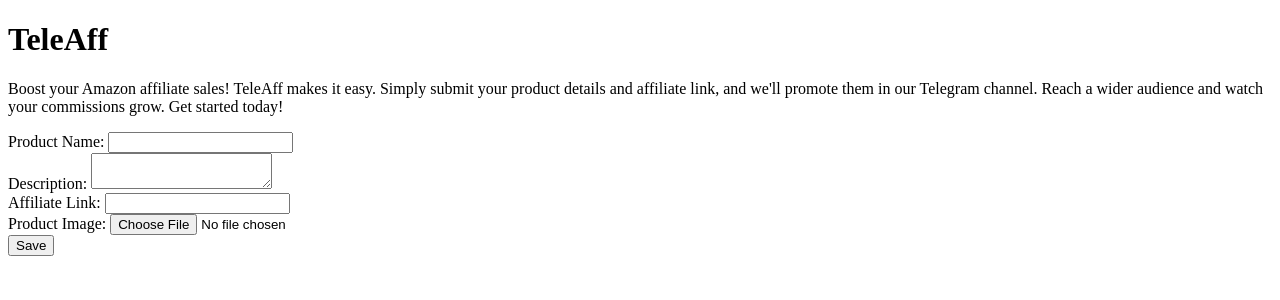
Repository: Natnael12119/TeleAff
Page: views/productForm.html
An editor plug-in stored every save of this project. The page is shown before and after the next save, followed by the edit.
The browser window is 1280 px wide. The pictures show the whole page.

Above is the page before, as saved 2024-04-18 15:17:05.

### views/productForm.html
<!DOCTYPE html>
<html lang="en">
<head>
    <meta charset="UTF-8">
    <title>Amazon Affiliate App</title>
<body>
        <h1>TeleAff</h1>
        <p>Boost your Amazon affiliate sales!  TeleAff makes it easy. Simply submit your product details and affiliate link, and we'll promote them in our Telegram channel. Reach a wider audience and watch your commissions grow. Get started today!
        </p>
        <form id="productForm" enctype="multipart/form-data" onsubmit="submitProduct(event)">
            <div class="form-group">
                <label for="productName">Product Name:</label>
                <input type="text" id="productName" name="productName" class="form-control">
            </div>

            <div class="form-group">
                <label for="description">Description:</label>
                <textarea id="description" name="description" class="form-control"></textarea>
            </div>

            <div class="form-group">
                <label for="affiliateLink">Affiliate Link:</label>
                <input type="text" id="affiliateLink" name="affiliateLink" class="form-control">
            </div>

            <div class="form-group">
                <label for="productImage">Product Image:</label>
                <input type="file" id="productImage" name="productImage" class="form-control">
            </div>

            <button type="submit" class="btn">Save</button>
        </form>

        <!-- Success and Error Messages -->
        <div id="successMessage" style="display: none; color: green;">
            Data is successfully saved!
        </div>

        <div id="errorMessage" style="display: none; color: red;">
            Error saving data. Please try again.
        </div>

        <script src="/app.js"></script>
</body>
</html>

### app.js
const saveProduct = async () => {
    const productName = document.getElementById('productName').value;
    const affiliateLink = document.getElementById('affiliateLink').value;
    const productImage = document.getElementById('productImage').files[0]; // Access file object

    const formData = new FormData(); // Create FormData for image upload
    formData.append('productName', productName);
    formData.append('affiliateLink', affiliateLink);
    formData.append('productImage', productImage); // Append image file

    try {
      const response = await fetch('/products', {
        method: 'POST',
        body: formData // Send form data
      });
      const data = await response.json();
      console.log(data); // Handle success response
    } catch (error) {
      console.error(error);
      // Handle errors (e.g., display error message to user)
    }
  };

After the next save:
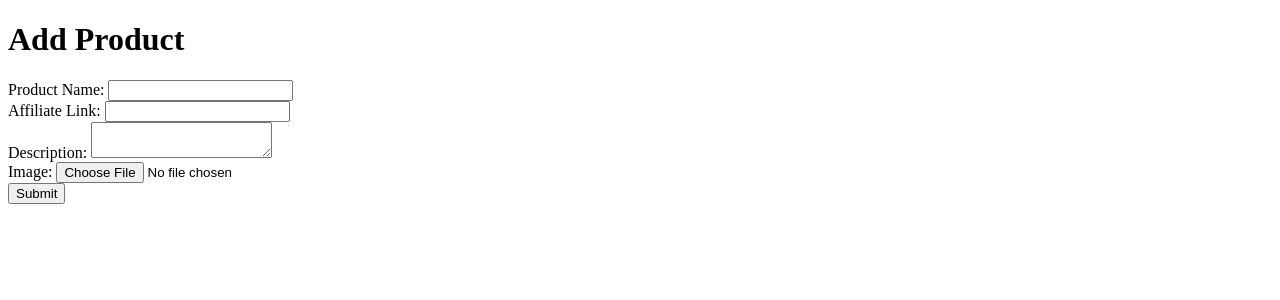
Saved 29 s later.
--- a/views/productForm.html
+++ b/views/productForm.html
@@ -1,45 +1,31 @@
 <!DOCTYPE html>
 <html lang="en">
-<head>
-    <meta charset="UTF-8">
-    <title>Amazon Affiliate App</title>
-<body>
-        <h1>TeleAff</h1>
-        <p>Boost your Amazon affiliate sales!  TeleAff makes it easy. Simply submit your product details and affiliate link, and we'll promote them in our Telegram channel. Reach a wider audience and watch your commissions grow. Get started today!
-        </p>
-        <form id="productForm" enctype="multipart/form-data" onsubmit="submitProduct(event)">
-            <div class="form-group">
-                <label for="productName">Product Name:</label>
-                <input type="text" id="productName" name="productName" class="form-control">
-            </div>
-
-            <div class="form-group">
-                <label for="description">Description:</label>
-                <textarea id="description" name="description" class="form-control"></textarea>
-            </div>
-
-            <div class="form-group">
-                <label for="affiliateLink">Affiliate Link:</label>
-                <input type="text" id="affiliateLink" name="affiliateLink" class="form-control">
-            </div>
-
-            <div class="form-group">
-                <label for="productImage">Product Image:</label>
-                <input type="file" id="productImage" name="productImage" class="form-control">
-            </div>
-
-            <button type="submit" class="btn">Save</button>
-        </form>
-
-        <!-- Success and Error Messages -->
-        <div id="successMessage" style="display: none; color: green;">
-            Data is successfully saved!
-        </div>
-
-        <div id="errorMessage" style="display: none; color: red;">
-            Error saving data. Please try again.
-        </div>
-
-        <script src="/app.js"></script>
-</body>
+	<head>
+		<meta charset="UTF-8" />
+		<title>Add Product</title>
+	</head>
+	<body>
+		<h1>Add Product</h1>
+		<form action="/submit-product" method="post" enctype="multipart/form-data">
+			<div>
+				<label for="productName">Product Name:</label>
+				<input type="text" id="productName" name="productName" required />
+			</div>
+			<div>
+				<label for="affiliateLink">Affiliate Link:</label>
+				<input type="text" id="affiliateLink" name="affiliateLink" required />
+			</div>
+			<div>
+				<label for="description">Description:</label>
+				<textarea id="description" name="description"></textarea>
+			</div>
+			<div>
+				<label for="image">Image:</label>
+				<input type="file" id="image" name="image" accept="image/*" />
+			</div>
+			<div>
+				<button type="submit">Submit</button>
+			</div>
+		</form>
+	</body>
 </html>
